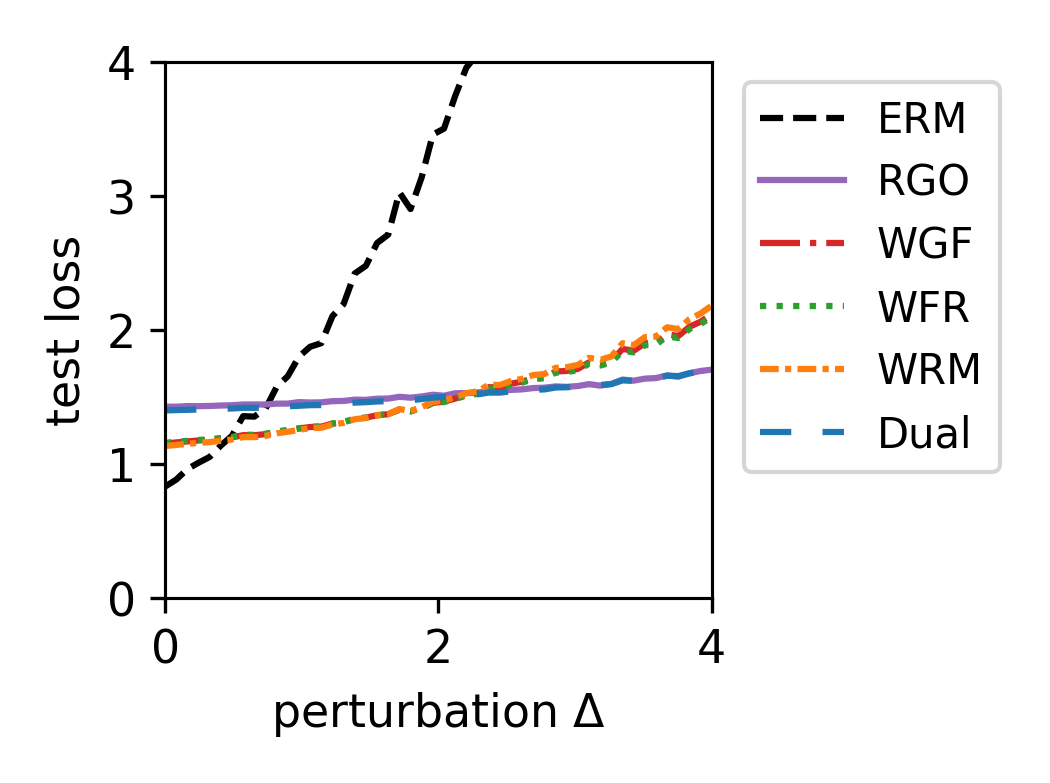
Repository: ZusenXu/GFS-DRO
Script's output: python uncertain_least_squares/uncertain_least_squares.py
An editor plug-in stored every save of this project. The script's output is shown before and after the next save, followed by the edit.
Random numbers start from a fixed seed.

Above is the script's output before, as saved 2025-09-13 21:04:31.

After the next save:
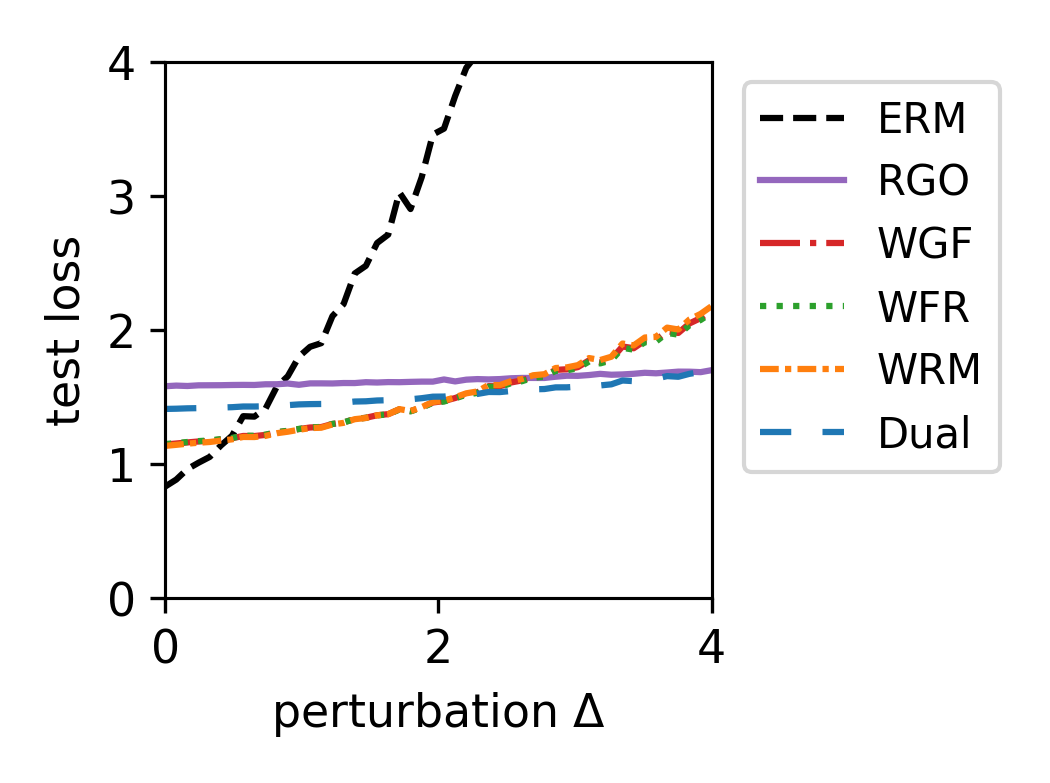
Saved 71 s later.
--- a/uncertain_least_squares/uncertain_least_squares.py
+++ b/uncertain_least_squares/uncertain_least_squares.py
@@ -20,7 +20,7 @@ DELTA_STEPS = 50
 # --- DRO 算法超参数 ---
 N_EPOCHS = 50 # 外部优化的迭代轮数
 LEARNING_RATE = 0.01 # 外部优化 theta 的学习率
-LAMBDA_VAL = 0.2 # 正则化参数 lambda
+LAMBDA_VAL = 0.1 # 正则化参数 lambda
 EPSILON = 1 # 熵正则化参数 epsilon
 GRAD_CLIP_THRESHOLD = 10.0 # 梯度裁剪阈值，防止梯度爆炸
 
